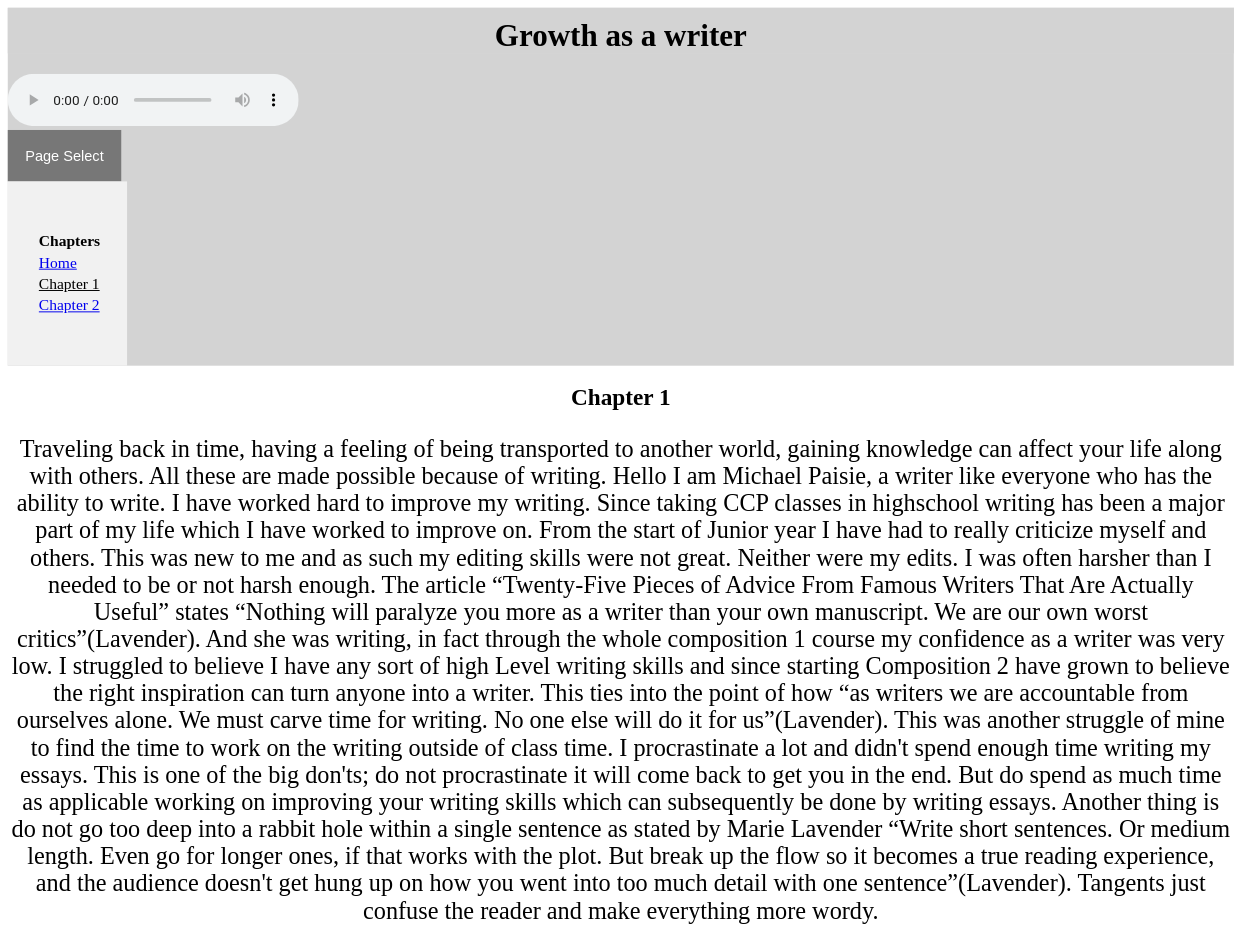
Repository: jpaisiem/WP-4
Page: Chapter1.html
These files come from the project's save history. The page is drawn as it stood at one moment and after the next save; the edit follows.
The browser window is 1280 px wide. The pictures show the whole page, at 97% of full size.

Above is the page before, as saved 2025-05-01 11:34:40.
Console error: TypeError: Cannot read properties of undefined (reading 'toggle')

### Chapter1.html
<!DOCTYPE html>
<html>
<head>
<meta name="viewport" content="width=device-width, initial-scale=1">
<style>
.collapsible {
  background-color: #777;
  color: white;
  cursor: pointer;
  padding: 18px;
  width: fit-content;
  border: none;
  text-align: left;
  outline: none;
  font-size: 15px;
}

.active, .collapsible:hover {
  background-color: #555;
}

.content {
  display: flex;
  flex-direction: column;
  overflow: hidden;
  background-color: #f1f1f1;
  width: fit-content;
  height: fit-content;
  padding-left: 2.3%;
  padding-right: 2%;
}
p
{
 font-size: 25px;
}
</style>
<title>Growth as a writer - Chapter 1</title>
</head>
<body>
    <div style="background-color: lightgray; display: flex; flex-direction: column; margin-top: 0%;">
        <h1 style="text-align: center; background-color: lightgray; padding-top: 10px; margin-top: 0%;">Growth as a writer</h1>
         <div style="align-items: center;">
        <audio controls>
            <source src="audio.mp3" type="audio/mpeg">
        </audio>
        </div>
<button type="button" class="collapsible">Page Select</button>
<div class="content">
  <p><table>
    <tr>
        <th>Chapters</th>
    </tr>
    <tr>
        <td><a href="index.html">Home</a></td>
    </tr>
    <tr>
        <td><a href="Chapter1.html" style="color: black;">Chapter 1</a></td>
    </tr>
     <tr>
        <td><a href="Chapter2.html">Chapter 2</a></td>
    </tr>
  </table></p>
</div>
    </div>
<div style="text-align: center;">
     <h2 style="text-align: center;">Chapter 1</h2>
     <p>Traveling back in time, having a feeling of being transported to another world, gaining knowledge can affect your life along with others.
      All these are made possible because of writing. Hello I am Michael Paisie, a writer like everyone who has the ability to write.
      I have worked hard to improve my writing. Since taking CCP classes in highschool writing has been a major part of my life which I have worked to improve on.
      From the start of Junior year I have had to really criticize myself and others. This was new to me and as such my editing skills were not great.
      Neither were my edits. I was often harsher than I needed to be or not harsh enough.
      The article <q>Twenty-Five Pieces of Advice From Famous Writers That Are Actually Useful” states “Nothing will paralyze you more as  a writer than your own manuscript.
      We are our own worst critics</q>(Lavender). And she was writing, in fact through the whole composition 1 course my confidence as a writer was very low.
      I struggled to believe  I have any sort of high Level writing skills and since starting Composition 2 have grown to believe the right inspiration can turn anyone into a writer.
      This ties into the point of how “as writers we are accountable from ourselves alone. We must carve time for writing. No one else will do it for us”(Lavender).
      This was another struggle of mine to find the time to work on the writing outside of class time. I procrastinate a lot and didn't spend enough time writing my essays.
      This is one of the big don'ts; do not procrastinate it will come back to get you in the end.
      But do spend as much time as applicable working on improving your writing skills which can subsequently be done by writing essays.
      Another thing is do not go too deep into a rabbit hole within a single sentence as stated by Marie Lavender “Write short sentences. Or medium length.
      Even go for longer ones, if that works with the plot.
      But break up the flow so it becomes a true reading experience, and the audience doesn't get hung up on how you went into too much detail with one sentence”(Lavender).
      Tangents just confuse the reader and make everything more wordy.</p>
</div>
<script>
var coll = document.getElementsByClassName("collapsible");
var i;

for (i = 0; i < coll.length; i++) {
  coll[i].addEventListener("click", function() {
    this.classList.toggle("active");
    var content = this.nextElementSibling;
    if (content.style.display === "block") {
      content.style.display = "none";
    } else {
      content.style.display = "block";
    }
  });
}
if(location.reload){
    this.classList.toggle("collapsible");
}
</script>

</body>
</html>

After the next save:
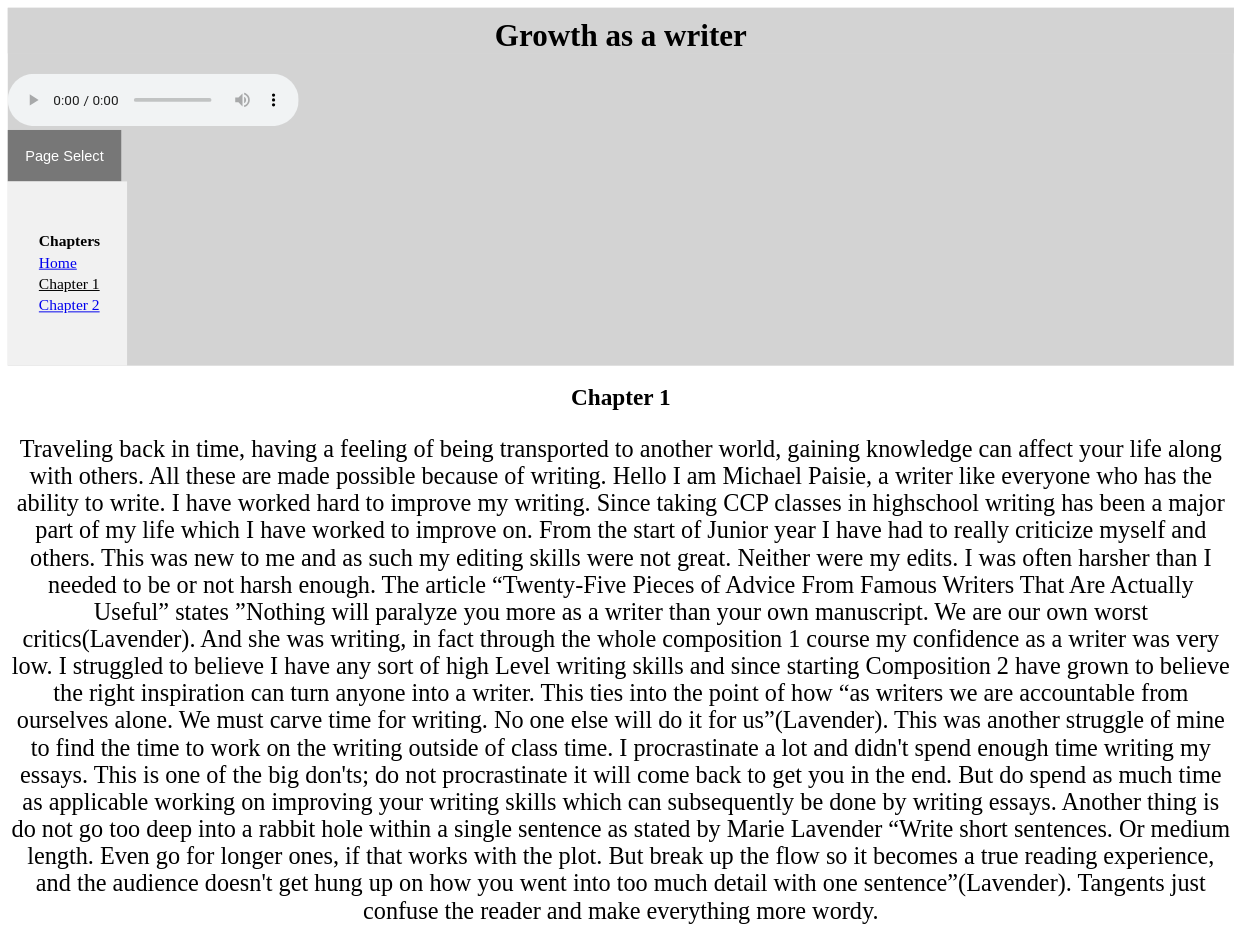
Saved 10 s later.
--- a/Chapter1.html
+++ b/Chapter1.html
@@ -69,7 +69,7 @@ p
       I have worked hard to improve my writing. Since taking CCP classes in highschool writing has been a major part of my life which I have worked to improve on.
       From the start of Junior year I have had to really criticize myself and others. This was new to me and as such my editing skills were not great.
       Neither were my edits. I was often harsher than I needed to be or not harsh enough.
-      The article <q>Twenty-Five Pieces of Advice From Famous Writers That Are Actually Useful” states “Nothing will paralyze you more as  a writer than your own manuscript.
+      The article <q>Twenty-Five Pieces of Advice From Famous Writers That Are Actually Useful” states </q>Nothing will paralyze you more as  a writer than your own manuscript.
       We are our own worst critics</q>(Lavender). And she was writing, in fact through the whole composition 1 course my confidence as a writer was very low.
       I struggled to believe  I have any sort of high Level writing skills and since starting Composition 2 have grown to believe the right inspiration can turn anyone into a writer.
       This ties into the point of how “as writers we are accountable from ourselves alone. We must carve time for writing. No one else will do it for us”(Lavender).

After the save that followed:
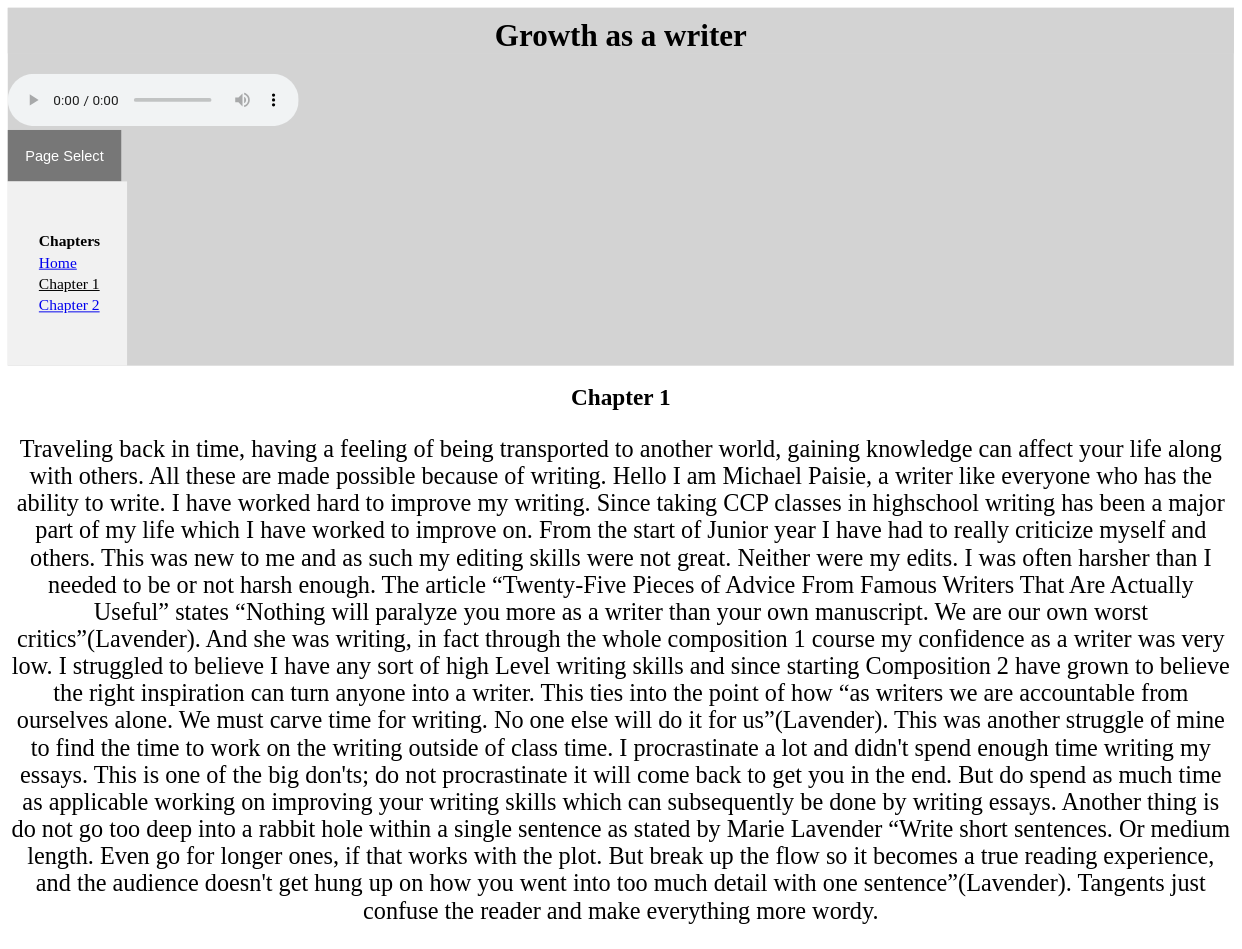
Saved 5 s later.
--- a/Chapter1.html
+++ b/Chapter1.html
@@ -69,7 +69,7 @@ p
       I have worked hard to improve my writing. Since taking CCP classes in highschool writing has been a major part of my life which I have worked to improve on.
       From the start of Junior year I have had to really criticize myself and others. This was new to me and as such my editing skills were not great.
       Neither were my edits. I was often harsher than I needed to be or not harsh enough.
-      The article <q>Twenty-Five Pieces of Advice From Famous Writers That Are Actually Useful” states </q>Nothing will paralyze you more as  a writer than your own manuscript.
+      The article <q>Twenty-Five Pieces of Advice From Famous Writers That Are Actually Useful</q> states <q>Nothing will paralyze you more as  a writer than your own manuscript.
       We are our own worst critics</q>(Lavender). And she was writing, in fact through the whole composition 1 course my confidence as a writer was very low.
       I struggled to believe  I have any sort of high Level writing skills and since starting Composition 2 have grown to believe the right inspiration can turn anyone into a writer.
       This ties into the point of how “as writers we are accountable from ourselves alone. We must carve time for writing. No one else will do it for us”(Lavender).
